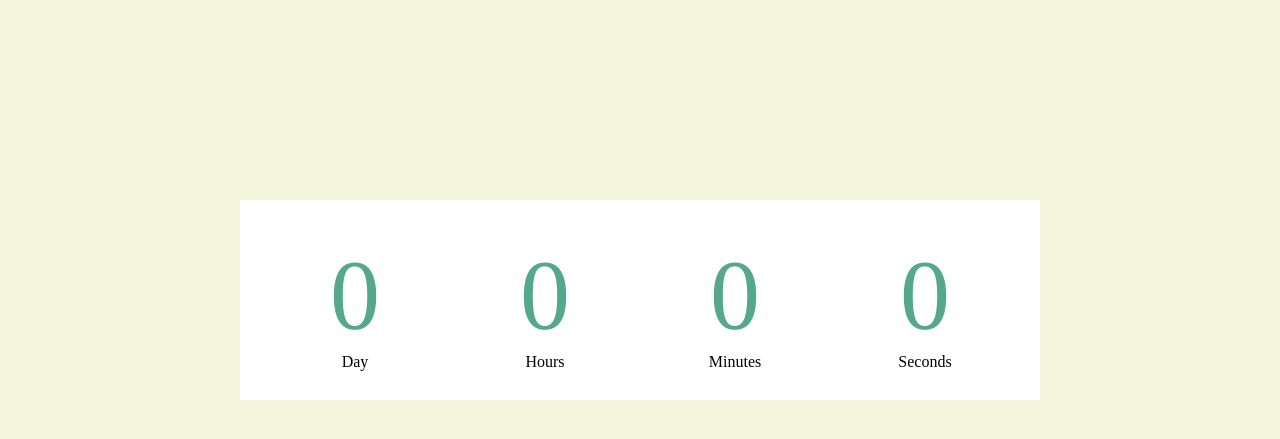
Repository: tienbkvn0605/counddown-demo
Page: index.html
An editor plug-in stored every save of this project. The page is shown before and after the next save, followed by the edit.
The browser window is 1280 px wide. The pictures show the whole page.

Above is the page before, as saved 2022-10-04 23:27:39.

After the next save:
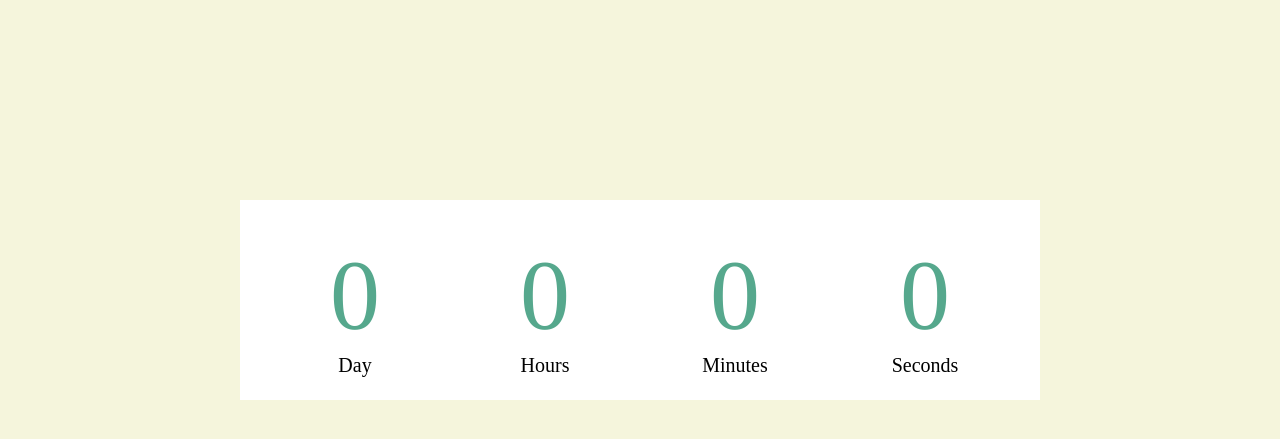
Saved 12 s later.
--- a/style.css
+++ b/style.css
@@ -23,3 +23,6 @@ ul {
   color: rgb(86, 168, 141);
   margin-bottom: -20px;
 }
+.text {
+  font-size: 20px;
+}
